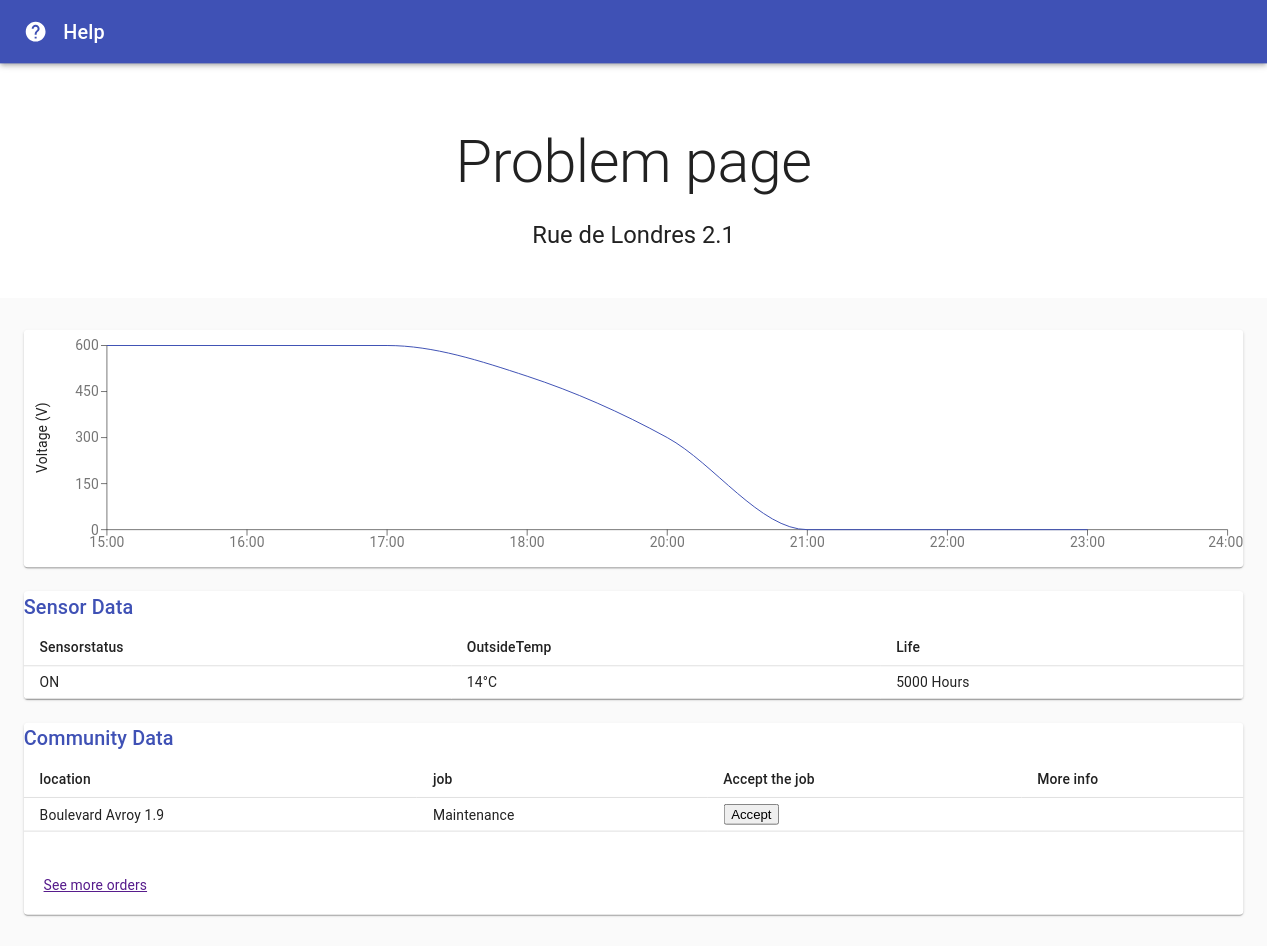
Repository: sapbrussels/intelligenthighway_webapp
Page: /Problempage (app in router/)
These files come from the project's save history. The page is drawn as it stood at one moment and after the next save; the edit follows.
The browser window is 1280 px wide. The pictures show the whole page, at 99% of full size.
The project was rebuilt for these pictures with package versions that can differ from the ones it lists, and the page was loaded fresh each time. Also part of the build but not shown: router/src/App.css, router/src/Login.js, router/src/Maps.js, router/src/Jobspage.js, router/src/Direction.js, router/src/Maintenance.js, router/src/Help.js.

Above is the page before, as saved 2020-03-31 15:32:40.

After the next save:
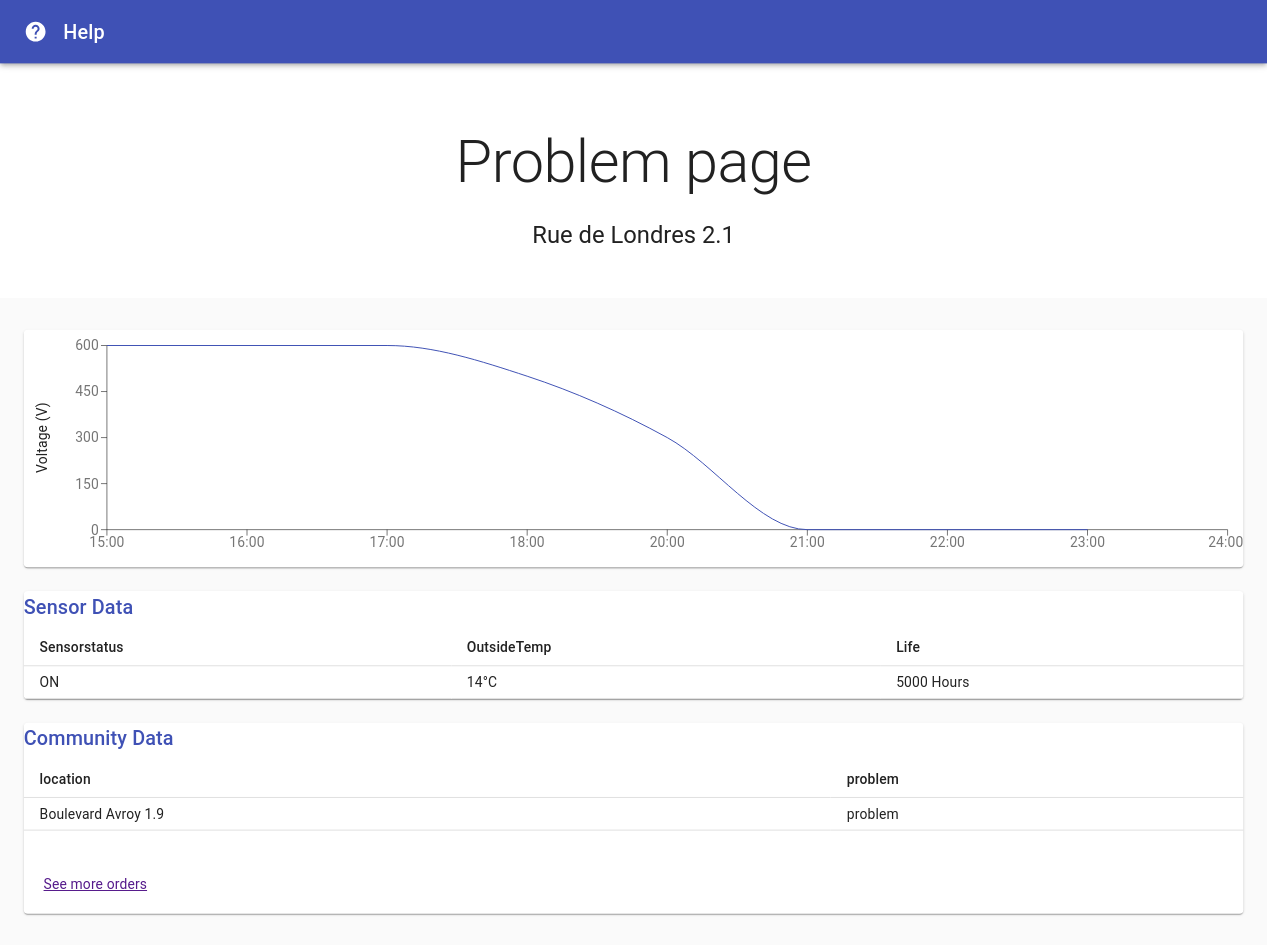
Saved 110 s later.
--- a/router/src/CommunityData.js
+++ b/router/src/CommunityData.js
@@ -9,12 +9,12 @@ import TableRow from '@material-ui/core/TableRow';
 import Title from './Title';
 
 // Generate Order Data
-function createData(id, location, job, accept, info) {
-  return { id, location, job, accept, info };
+function createData(id, location, problem) {
+  return { id,location, problem };
 }
 
 const rows = [
-    createData(0, 'Boulevard Avroy 1.9', 'Maintenance',<Link to="/Maintenance"><button>Accept</button></Link>),
+    createData(0, 'Boulevard Avroy 1.9', 'problem'),
 ]
 
 function preventDefault(event) {
@@ -38,18 +38,14 @@ const useStyles = makeStyles((theme) => ({
             <TableHead>
             <TableRow>
                 <TableCell>location</TableCell>
-                <TableCell>job</TableCell>
-                <TableCell>Accept the job</TableCell>
-                <TableCell>More info</TableCell>
+                <TableCell>problem</TableCell>
             </TableRow>
             </TableHead>
             <TableBody>
             {rows.map((row) => (
                 <TableRow key={row.id}>
                 <TableCell>{row.location}</TableCell>
-                <TableCell>{row.job}</TableCell>
-                <TableCell>{row.accept}</TableCell>
-                <TableCell>{row.info}</TableCell>
+                <TableCell>{row.problem}</TableCell>
                 </TableRow>
             ))}
             </TableBody>
